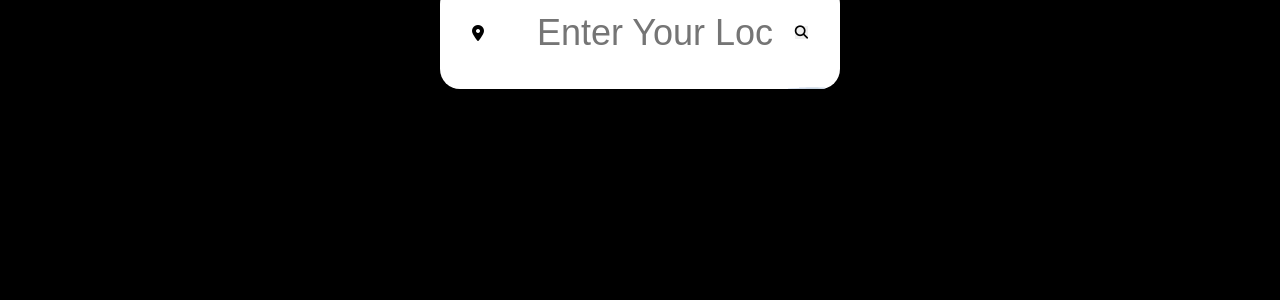
Repository: Pr1s0n3r627/weather
Page: index.html
An editor plug-in stored every save of this project. The page is shown before and after the next save, followed by the edit.
The browser window is 1280 px wide. The pictures show the whole page.
Some web libraries are served in a nearby version.

Above is the page before, as saved 2024-05-18 23:00:31.
Not found: index.js

### index.html
<!DOCTYPE html>
<html lang="en">

<head>
    <meta charset="UTF-8">
    <meta http-equiv="X-UA-Compatible" content="IE=edge">
    <meta name="viewport" content="width=device-width, initial-scale=1.0">
    <link
        href="https://fonts.googleapis.com/css2?family=Poppins:wght@300;400;500;600;700;800;900&family=Roboto:wght@300;400;500;700;900&display=swap"
        rel="stylesheet">
    <link rel="stylesheet" href="style.css">
    <title>Day #10 - Weather App | AsmrProg</title>
</head>

<body>

    <div class="container">
        <div class="search-box">
            <i class="fa-solid fa-location-dot"></i>
            <input type="text" placeholder="Enter your location">
            <button class="fa-solid fa-magnifying-glass"></button>
        </div>

        <div class="not-found">
            <img src="not-found.png">
            <p>Oops! Invalid location :/</p>
        </div>

        <div class="weather-box">
            <img src="">
            <p class="temperature"></p>
            <p class="description"></p>
        </div>

        <div class="weather-details">
            <div class="humidity">
                <i class="fa-solid fa-water"></i>
                <div class="text">
                    <span></span>
                    <p>Humidity</p>
                </div>
            </div>
            <div class="wind">
                <i class="fa-solid fa-wind"></i>
                <div class="text">
                    <span></span>
                    <p>Wind Speed</p>
                </div>
            </div>
        </div>

    </div>

    <script src="https://kit.fontawesome.com/7c8801c017.js" crossorigin="anonymous"></script>
    <script src="index.js"></script>
</body>

</html>

### style.css
*{
    margin: 0;
    padding: 0;
    border: 0;
    outline: none;
    box-sizing: border-box;
}

body{
    height: 10vh;
    display: flex;
    align-items: center;
    justify-content: center;
    background: #000;
}

.container{
    position: relative;
    width: 400px;
    height: 105px;
    background: #fff;
    padding: 28px 32px;
    overflow: hidden;
    border-radius: 20px;
    font-family: 'Poppins', sans-serif;
    transition: 0.6s;
}

.search-box{
    width: 100%;
    height: min-content;
    display: flex;
    align-items: center;
    justify-content: space-between
}

.search-box input{
    color: #333;
    width: 80%;
    font-size: 36px;
    font-weight: 500;
    text-transform: inherit;
    padding-left: 32px;
}

.search-box input::placeholder{
    font-size: 36px;
    font-weight: 500;
    text-transform: capitalize;
}

After the next save:
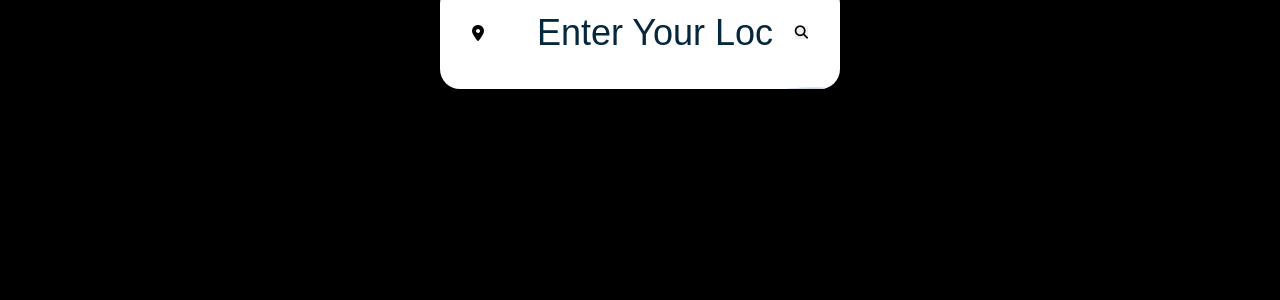
Saved 28 s later.
--- a/style.css
+++ b/style.css
@@ -46,5 +46,6 @@ body{
 .search-box input::placeholder{
     font-size: 36px;
     font-weight: 500;
+    color: #06283d;
     text-transform: capitalize;
 }
